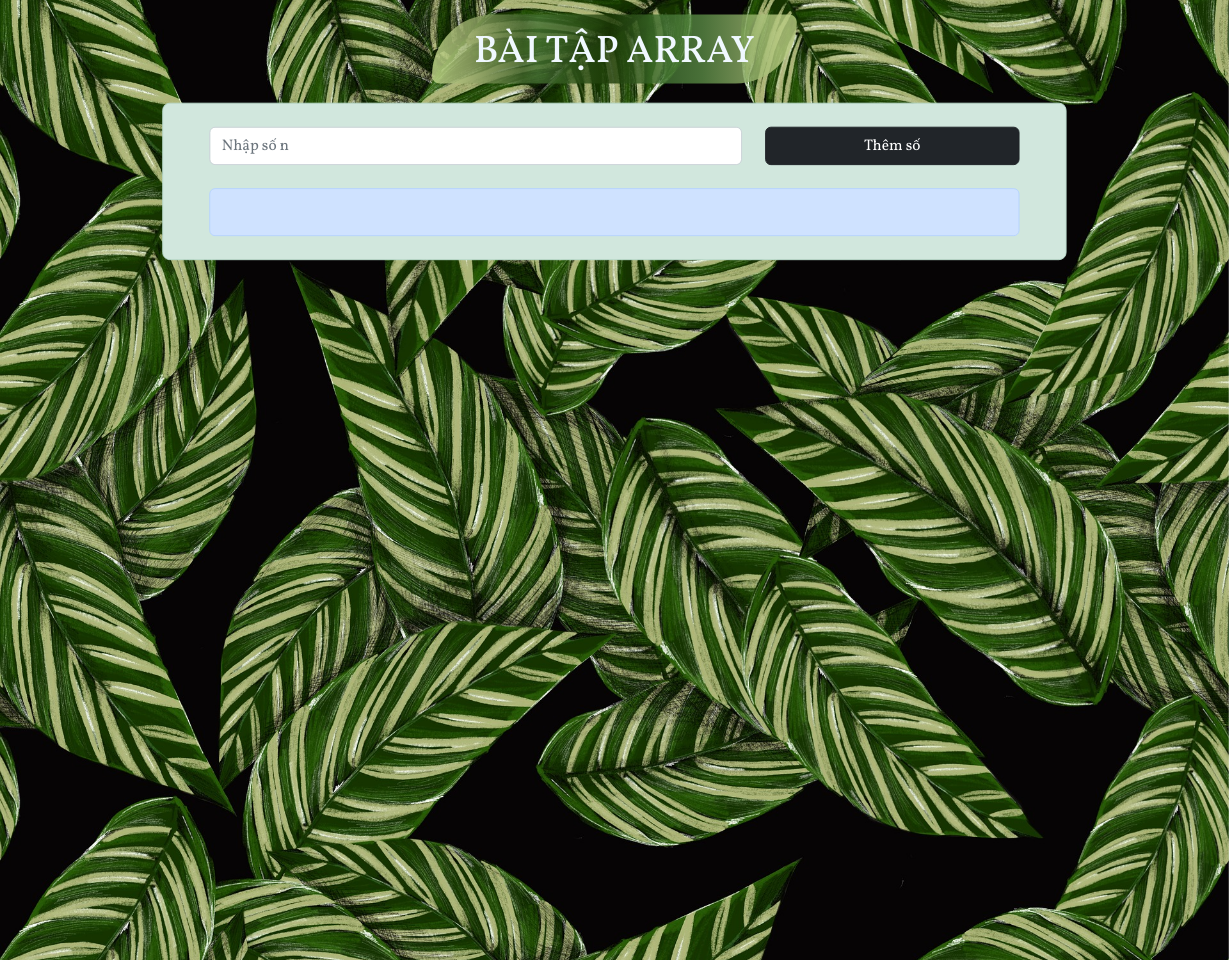
Repository: hcozyph/TranHuuPhuoc_BC43_BT_JS_Buoi7_8_ARRAY
Page: index.html
The author's editor kept a copy of each file at every save. The page is drawn from the files as they stood at one save, then again after the next save.
The browser window is 1280 px wide. The pictures show the whole page, at 96% of full size.

Above is the page before, as saved 2023-02-20 22:38:58.

### index.html
<!DOCTYPE html>
<html lang="en">
    <head>
        <title>BT Array</title>
        <!-- Required meta tags -->
        <meta charset="utf-8" />
        <meta
            name="viewport"
            content="width=device-width, initial-scale=1, shrink-to-fit=no"
        />
        <!-- font -->
        <link rel="preconnect" href="https://fonts.googleapis.com" />
        <link rel="preconnect" href="https://fonts.gstatic.com" crossorigin />
        <link
            href="https://fonts.googleapis.com/css2?family=Fraunces:ital,opsz,wght@0,9..144,600;0,9..144,700;1,9..144,300;1,9..144,400;1,9..144,500;1,9..144,600;1,9..144,700;1,9..144,800&family=Vollkorn:ital,wght@0,400;0,500;0,600;0,700;0,800;0,900;1,400;1,500;1,600;1,700;1,800;1,900&display=swap"
            rel="stylesheet"
        />
        <!-- Bootstrap CSS v5.2.1 -->
        <link
            href="https://cdn.jsdelivr.net/npm/bootstrap@5.2.1/dist/css/bootstrap.min.css"
            rel="stylesheet"
            integrity="sha384-iYQeCzEYFbKjA/T2uDLTpkwGzCiq6soy8tYaI1GyVh/UjpbCx/TYkiZhlZB6+fzT"
            crossorigin="anonymous"
        />

        <!-- index.css -->
        <link rel="stylesheet" href="./css/index.css" />
    </head>

    <body>
        <div class="container">
            <div class="bt-array-top">
                <div class="bt-array-title pt-2">
                    <h1 class="text-center p-2">BÀI TẬP ARRAY</h1>
                </div>

                <div
                    class="alert alert-success w-75 text-center d-block rounded-3 py-4 px-5"
                    style="margin: 20px auto"
                >
                    <div class="row row-cols-3">
                        <div class="col-8">
                            <input
                                id="user-input"
                                type="number"
                                class="form-control py-2"
                                placeholder="Nhập số n"
                                style="height: 100%"
                            />
                        </div>
                        <div class="col">
                            <button
                                id="user-btn"
                                class="btn btn-dark"
                                style="height: 100%; width: 100%"
                            >
                                Thêm số
                            </button>
                        </div>
                    </div>

                    <div class="row mt-4">
                        <div class="col">
                            <div
                                id="user-array"
                                class="alert alert-primary m-0 p-4"
                            ></div>
                        </div>
                    </div>
                </div>
            </div>

            <div class="bt-array-content">
                <div class=""></div>
                <div class="bt1"></div>
            </div>
        </div>

        <!-- Bootstrap JavaScript Libraries -->
        <script
            src="https://cdn.jsdelivr.net/npm/@popperjs/core@2.11.6/dist/umd/popper.min.js"
            integrity="sha384-oBqDVmMz9ATKxIep9tiCxS/Z9fNfEXiDAYTujMAeBAsjFuCZSmKbSSUnQlmh/jp3"
            crossorigin="anonymous"
        ></script>

        <script
            src="https://cdn.jsdelivr.net/npm/bootstrap@5.2.1/dist/js/bootstrap.min.js"
            integrity="sha384-7VPbUDkoPSGFnVtYi0QogXtr74QeVeeIs99Qfg5YCF+TidwNdjvaKZX19NZ/e6oz"
            crossorigin="anonymous"
        ></script>

        <!-- method.js -->
        <link rel="stylesheet" href="./js/method.js" />

        <!-- index.js -->
        <script src="./js/index.js"></script>
    </body>
</html>

### css/index.css
* {
    margin: 0;
    padding: 0;
    box-sizing: border-box;
    font-family: "Fraunces", serif;
    font-family: "Vollkorn", serif;
}

.container {
    margin: 0 auto;
    max-width: 1440px;

    background-image: url(../img/2.jpg);
    background-size: cover;
    background-position: center;
    background-repeat: no-repeat;

    height: 1000px;
    padding-top: 15px;
}

.bt-array-title {
    display: block;
    width: 380px;
    margin: 0 auto;
    border-radius: 80px 10px 80px 10px;

    font-size: 40px;
    font-weight: 700;
    /* background-color: red; */
    color: aliceblue;
    background: rgb(156, 173, 110);
    background: linear-gradient(
        90deg,
        rgba(198, 219, 142, 0.8) 0%,
        rgba(156, 173, 110, 0.8) 10%,
        rgba(60, 94, 39, 0.8) 25%,
        rgba(68, 112, 49, 0.8) 29%,
        rgba(27, 57, 5, 0.8) 49%,
        rgba(66, 114, 50, 0.8) 63%,
        rgba(90, 139, 69, 0.8) 74%,
        rgba(184, 203, 130, 0.8) 95%
    );
}

/* .bt-array-content {
} */

Loaded but not shown: js/index.js (no copy from this time; the picture is the same without it); js/method.js (no stored copy; drawn as an empty file)

After the next save:
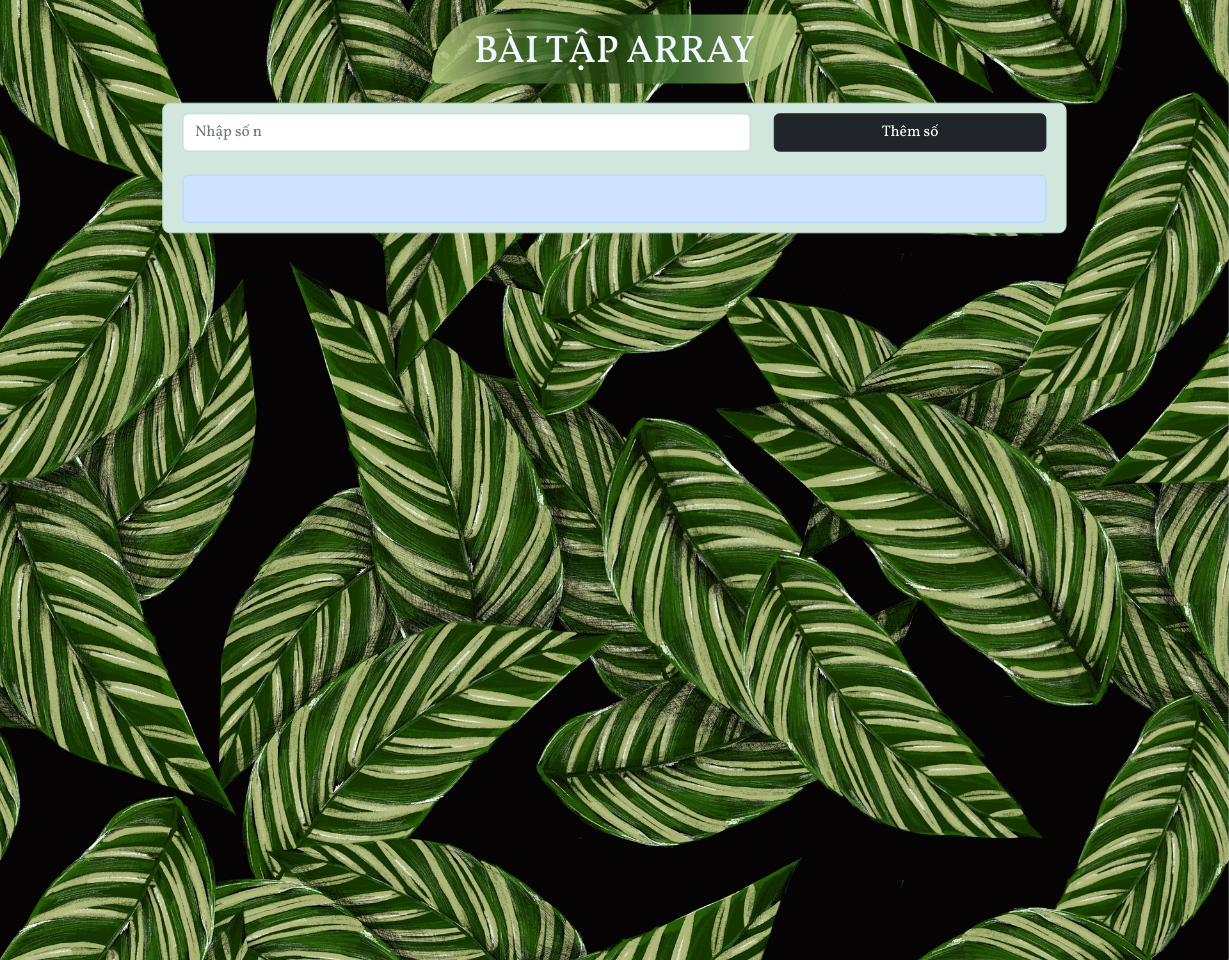
Saved 19 s later.
--- a/index.html
+++ b/index.html
@@ -35,8 +35,8 @@
                 </div>
 
                 <div
-                    class="alert alert-success w-75 text-center d-block rounded-3 py-4 px-5"
-                    style="margin: 20px auto"
+                    class="alert alert-success w-75 text-center d-block rounded-3"
+                    style="margin: 20px auto; padding: 10px 20px"
                 >
                     <div class="row row-cols-3">
                         <div class="col-8">
